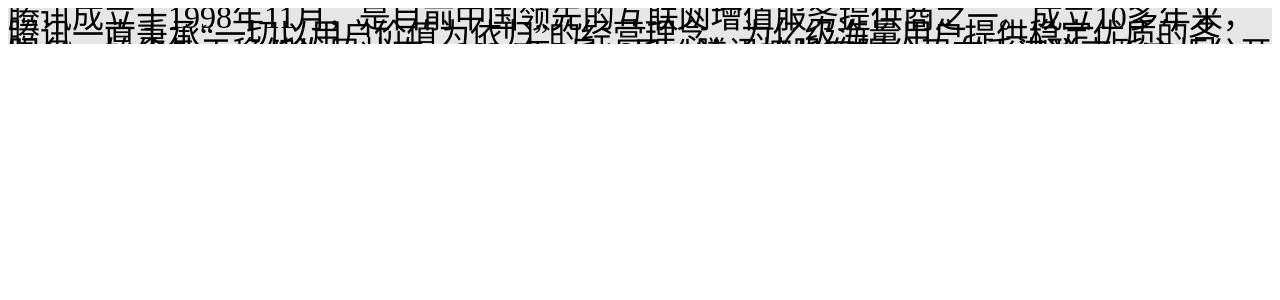
Repository: WAY-C/JSCodes
Page: 笔面试题/编程题/实现超出两行的文本省略并统计顿号分隔开人名个数/index.html
An editor plug-in stored every save of this project. The page is shown before and after the next save, followed by the edit.
The browser window is 1280 px wide. The pictures show the whole page.

Above is the page before, as saved 2021-09-12 12:41:55.

### 笔面试题/编程题/实现超出两行的文本省略并统计顿号分隔开人名个数/index.html
<!DOCTYPE html>
<html>

<body>
    <style>
        /*
     * 行高 h
     * 最大行数 n
     * ...更多容器的宽 w
     * 字号 f
     */

        /* @-webkit-keyframes width-change {

            0%,
            100% {
                width: 320px
            }

            50% {
                width: 260px
            }
        } */

        .ellipsis {
            position: relative;
            background: rgb(230, 230, 230);
            /* width: 260px; */
            max-height: 36px;
            /* h*n */
            line-height: 18px;
            /* h */
            overflow: hidden;
            /* -webkit-animation: width-change 8s ease infinite; */
        }

        .ellipsis-container {
            position: relative;
            display: -webkit-box;
            -webkit-box-orient: vertical;
            -webkit-line-clamp: 2;
            /* n */
            font-size: 50px;
            /* w */
            color: transparent;
        }

        .ellipsis-content {
            color: #000;
            display: inline;
            vertical-align: top;
            font-size: 32px;
            /* f */
        }

        .ellipsis-ghost {
            position: absolute;
            z-index: 1;
            top: 0;
            left: 50%;
            width: 100%;
            height: 100%;
            color: #000;
        }

        .ellipsis-ghost:before {
            content: "";
            display: block;
            float: right;
            width: 50%;
            height: 100%;
        }

        .ellipsis-placeholder {
            content: "";
            display: block;
            float: right;
            width: 50%;
            height: 36px;
            /* h*n */
        }

        .ellipsis-more {
            position: relative;
            float: right;
            font-size: 32px;
            /* f */
            width: 50px;
            /* w */
            height: 18px;
            /* h */
            margin-top: -18px;
            /* -h */
        }

    </style>
    <div class="ellipsis">
        <div class="ellipsis-container">
            <div class="ellipsis-content">
                腾讯成立于1998年11月，是目前中国领先的互联网增值服务提供商之一。成立10多年来，腾讯一直秉承“一切以用户价值为依归”的经营理念，为亿级海量用户提供稳定优质的各类服务，始终处于稳健发展状态。2004年6月16日，腾讯控股有限公司在香港联交所主板公开上市(股票代号700)。
            </div>
            <div class="ellipsis-ghost">
                <div class="ellipsis-placeholder"></div>
                <div class="ellipsis-more">...更多</div>
            </div>
        </div>
    </div>
</body>

</html>

After the next save:
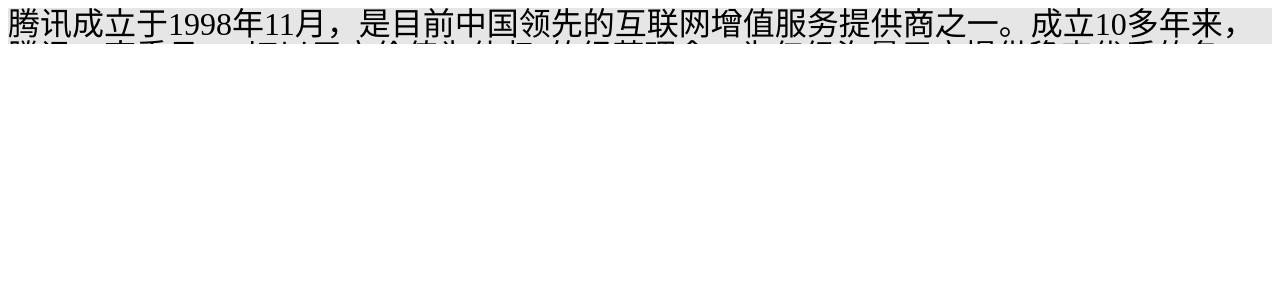
Saved 24 s later.
--- a/笔面试题/编程题/实现超出两行的文本省略并统计顿号分隔开人名个数/index.html
+++ b/笔面试题/编程题/实现超出两行的文本省略并统计顿号分隔开人名个数/index.html
@@ -28,7 +28,7 @@
             /* width: 260px; */
             max-height: 36px;
             /* h*n */
-            line-height: 18px;
+            line-height: 32px;
             /* h */
             overflow: hidden;
             /* -webkit-animation: width-change 8s ease infinite; */
